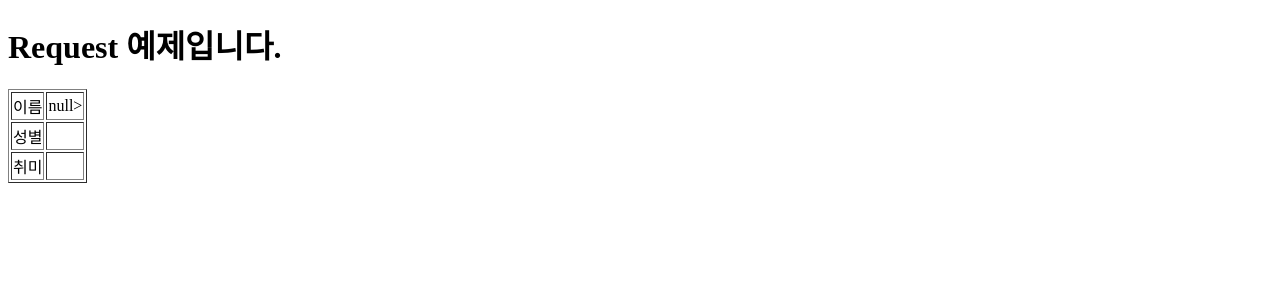
Repository: serendipity63/jsp_workspace
Page: http://localhost/JspExam5/requestTest1.jsp
An editor plug-in stored every save of this project. The page is shown before and after the next save, followed by the edit.
The browser window is 1280 px wide. The pictures show the whole page.
The page is served by Tomcat 9. Other server files are loaded and not shown.

Above is the page before, as saved 2023-09-20 03:44:46.

### JspExam5/src/main/webapp/requestTest1.jsp
<%@ page language="java" contentType="text/html; charset=UTF-8"
	pageEncoding="UTF-8"%>
<% request.setCharacterEncoding("UTF-8");%>
<!DOCTYPE html>
<html>
<head>
<meta charset="UTF-8">
<title>Insert title here</title>
</head>
<body>
	<h1>Request 예제입니다.</h1>
	<table border="1" style="width: '400px'">
		<tr>
			<td>이름</td>
			<td><%=request.getParameter("name") %>></td>
		</tr>
		<tr>
			<td>성별</td>
			<td></td>

		</tr>
		<tr>
			<td>취미</td>
			<td></td>
		</tr>
	</table>

</body>
</html>

After the next save:
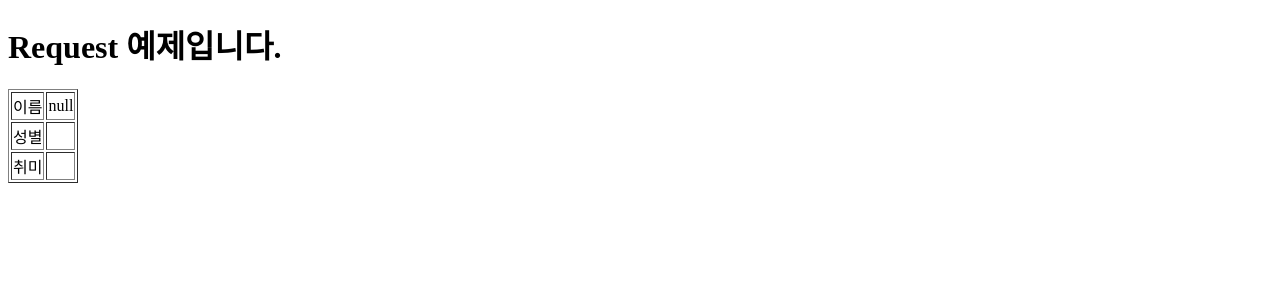
Saved 27 s later.
--- a/JspExam5/src/main/webapp/requestTest1.jsp
+++ b/JspExam5/src/main/webapp/requestTest1.jsp
@@ -12,7 +12,7 @@
 	<table border="1" style="width: '400px'">
 		<tr>
 			<td>이름</td>
-			<td><%=request.getParameter("name") %>></td>
+			<td><%=request.getParameter("name") %></td>
 		</tr>
 		<tr>
 			<td>성별</td>
